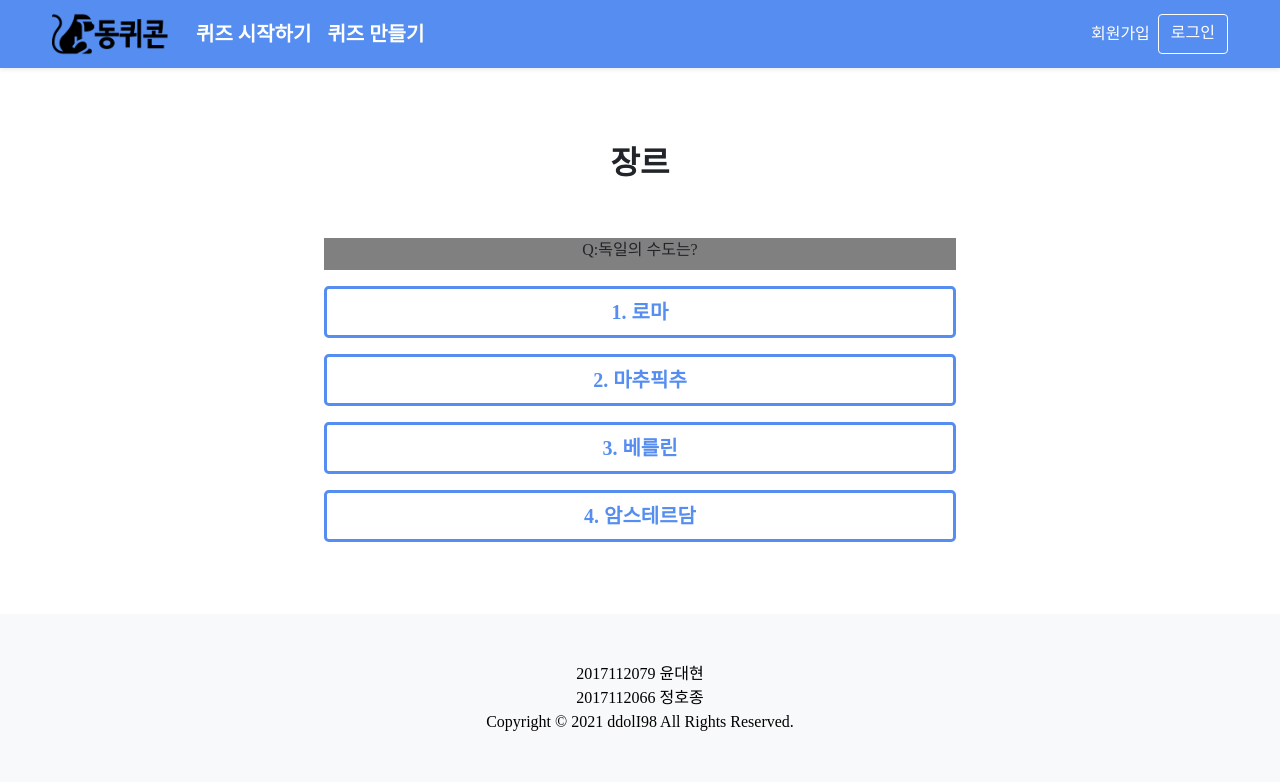
Repository: eogus0512/Quiz_WebProject
Page: http://localhost/Quiz_WebProject/solveQuiz.jsp
An editor plug-in stored every save of this project. The page is shown before and after the next save, followed by the edit.
The browser window is 1280 px wide. The pictures show the whole page.
Some web fonts or font styles are not loaded; a fallback is used. The page is served by Tomcat 9. Other server files are loaded and not shown.

Above is the page before, as saved 2021-10-28 14:26:10.

### Quiz_WebProject/WebContent/solveQuiz.jsp
<%@ page language="java" contentType="text/html;charset=UTF-8" pageEncoding="UTF-8" %>
<%@ page import="java.io.PrintWriter"%>
<!DOCTYPE html>
<html>
<head>
    <meta http-equiv="Content-Type" content="text/html"; charset="UTF-8">
    <meta name="viewport" content="width=device-width, initial-scale=1, shrink-to-fit=no">
    <title>동퀴콘</title>
    <link rel="stylesheet" href="./css/bootstrap.min.css">
    <link rel="stylesheet" href="./css/custom.css">
    <link rel="icon" href="./img/favicon.png">
</head>
<body>
<nav class="navbar navbar-expand-lg navbar-light fixed-top shadow-sm" style="background-color: #558DF0;">
    <div class="container-xxl d-flex align-items-md-center" style="width:1200px">
        <a class="navbar-brand" href="index.jsp"><img src="./img/mainIcon.png" class="rounded float-start" width="120"></a>
        <button class="navbar-toggler" type="button" data-bs-toggle="collapse" data-bs-target="#navbarSupportedContent" aria-controls="navbarSupportedContent" aria-expanded="false" aria-label="Toggle navigation">
            <span class="navbar-toggler-icon"></span>
        </button>
        <div class="collapse navbar-collapse" id="navbarSupportedContent">
            <ul class="navbar-nav me-auto">
                <li class="nav-item">
                    <a class="nav-link" href="#" style="font-size:15pt; color:white;"><b>퀴즈 시작하기</b></a>
                </li>
                <li class="nav-item">
                    <a class="nav-link" href="registerQuiz.jsp" style="font-size:15pt; color:white;"><b>퀴즈 만들기</b></a>
                </li>
            </ul>
            <%
                String loginID = null;
                String userName = null;
                if(session.getAttribute("loginID") != null) {
                    loginID = (String) session.getAttribute("loginID");
                    userName = (String) session.getAttribute("userName");
                }
                if(loginID == null) {
            %>
            <ul class="navbar-nav">
                <a class="nav-link" aria-current="page" href="signUp.jsp" style="color:white">회원가입</a>
                <a class="btn btn-outline-primary" href="login.jsp" style="border-color: white; color: white">로그인</a>
            </ul>
            <%
            } else {
            %>
            <ul class="navbar-nav d-flex">
                <li class="nav-item dropdown">
                    <a class="nav-link dropdown-toggle" href="#" id="navbarDropdown" role="button" data-bs-toggle="dropdown" aria-expanded="false">
                        <%=userName %> 님
                    </a>
                    <ul class="dropdown-menu" aria-labelledby="navbarDropdown" style="background-color: #FAF1D6;">
                        <li><a class="dropdown-item" href="myPage.jsp">마이페이지</a></li>
                        <li><a class="dropdown-item" href="#">1:1 문의</a></li>
                        <li><hr class="dropdown-divider"></li>
                        <li><a class="dropdown-item" href="logout.jsp">로그아웃</a></li>
                    </ul>
                </li>
            </ul>
            <%
                }
            %>
        </div>
    </div>
</nav>
<br><br><br><br>
<div class="py-5 text-center">
    <h2><b>장르</b></h2>
</div>
<div class="container col-md-6">
    <form method="post" action="action/signUpAction.jsp">
        <div class="row g-3">
        	<div class="col-12" style="background-color: gray; text-align:center;">
                <label class="form-label">Q:독일의 수도는?</label>
            </div>
            <button class="w-100 btn-lg" style="background-color: white; color:#558DF0; border:3px solid #558DF0"><b>1. 로마</b></button>
            <button class="w-100 btn-lg" style="background-color: white; color:#558DF0; border:3px solid #558DF0"><b>2. 마추픽추</b></button>
            <button class="w-100 btn-lg" style="background-color: white; color:#558DF0; border:3px solid #558DF0"><b>3. 베를린</b></button>
            <button class="w-100 btn-lg" style="background-color: white; color:#558DF0; border:3px solid #558DF0"><b>4. 암스테르담</b></button>
        </div><br><br>

    </form>
</div>
<footer class="bg-light mt-4 p-5 text-center" style="color: #000000;">
    2017112079 윤대현<br>2017112066 정호종<br>
    Copyright &copy; 2021 ddolI98 All Rights Reserved.
</footer>
<script src="./js/jquery.min.js"></script>
<script src="./js/popper.js"></script>
<script src="./js/bootstrap.min.js"></script>
</body>
</html>

### Quiz_WebProject/WebContent/css/custom.css
@import url(https://fonts.googleapis.com/earlyaccess/nanumgothic.css);
.navbar-brand, h1, h2, h3, h4 {
    font-family: 'Nanum Gothic';
}
h5 {
    font-family: 'Nanum Gothic';
    font-size: 18px;
}
body {
    font-family: 'Nanum Gothic';
}

Loaded but not shown: Quiz_WebProject/WebContent/css/bootstrap.min.css (library); Quiz_WebProject/WebContent/js/jquery.min.js (library); Quiz_WebProject/WebContent/js/popper.js (library); Quiz_WebProject/WebContent/js/bootstrap.min.js (library)

After the next save:
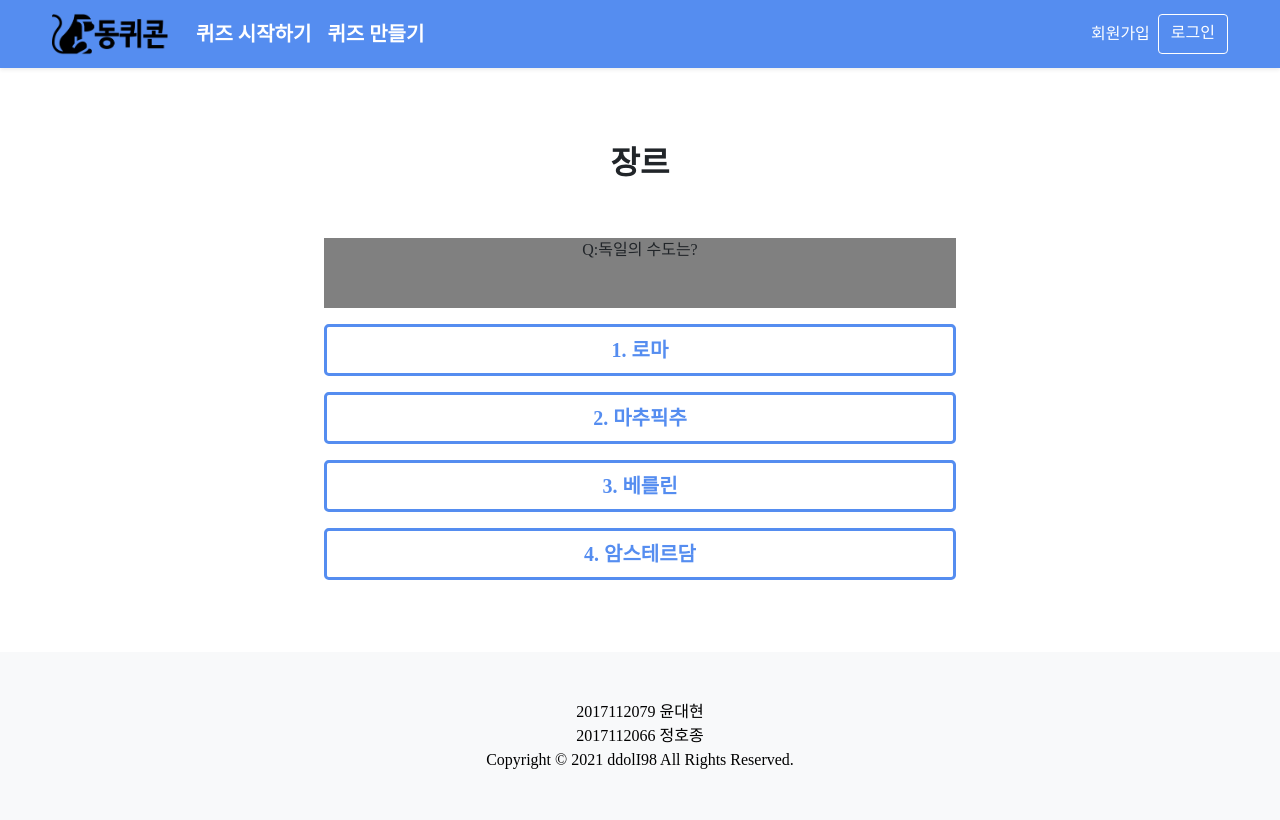
Saved 16 s later.
--- a/Quiz_WebProject/WebContent/solveQuiz.jsp
+++ b/Quiz_WebProject/WebContent/solveQuiz.jsp
@@ -68,7 +68,7 @@
 <div class="container col-md-6">
     <form method="post" action="action/signUpAction.jsp">
         <div class="row g-3">
-        	<div class="col-12" style="background-color: gray; text-align:center;">
+        	<div class="col-12" style="height:70px;background-color: gray; text-align:center;">
                 <label class="form-label">Q:독일의 수도는?</label>
             </div>
             <button class="w-100 btn-lg" style="background-color: white; color:#558DF0; border:3px solid #558DF0"><b>1. 로마</b></button>
